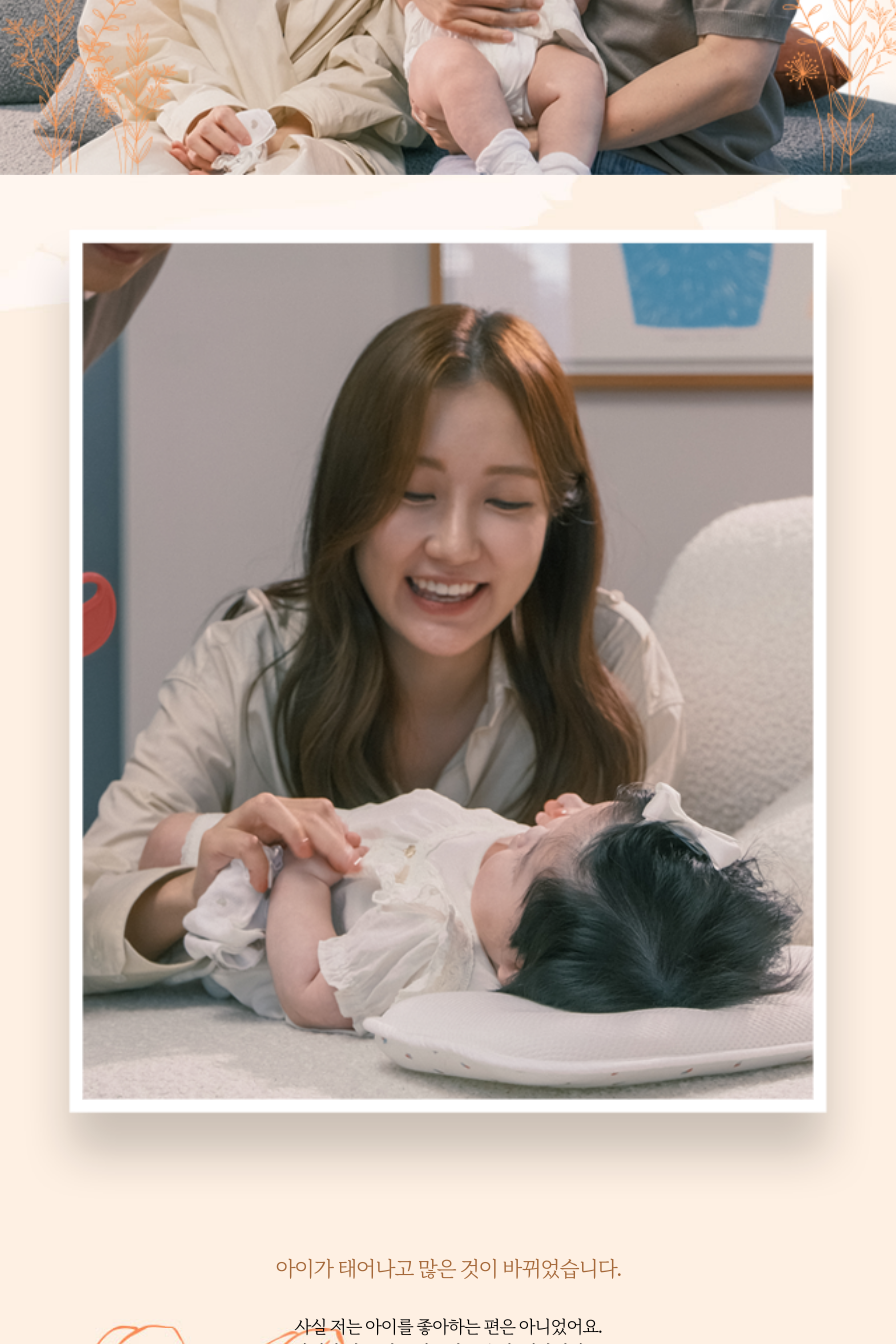
Repository: dlgywls1130/saveTheChildren_2024
Page: index.html
The author's editor kept a copy of each file at every save. The page is drawn from the files as they stood at one save, then again after the next save.
The browser window is 1280 px wide. The pictures show the part of the page from y = 2707 to 4627 px (the page is 18960 px tall before and 18910 px after), at 70% of full size.
Some web fonts or font styles are not loaded; a fallback is used. The style sheet was rebuilt from its Sass, Less or Tailwind sources for each picture, by a compiler version that may differ from the author's.

Above is the page before, as saved 2024-11-03 23:54:35.

### index.html
<!DOCTYPE html>
<html lang="en">
<head>
    <meta charset="UTF-8">
    <meta name="viewport" content="width=device-width, initial-scale=1.0">
    <title>Document</title>

    <link rel="stylesheet" href="./css/common.css">
    <link rel="stylesheet" href="https://cdn.jsdelivr.net/npm/swiper@11/swiper-bundle.min.css" />
</head>
<body>

    <!-- main -->
    <section class="main_container py-80">
        <div class="container">
            <div class="logo_title mb-40">
                <img src="./images/logo.png" alt="logo">
                <p>우리 아기 좋은 날 기부</p>
            </div>

            <p class="sub_title mb-40">
                의사 오진승, 아나운서 김도연 가족과 함께하는
            </p>

            <h2 class="mb-40">우리 아기<br>좋은 날 일기</h2>

            <p class="sub_span_text mb-40">
                여러분은 자녀의 소중한 순간을<br>
                어떻게 기념 하시나요?
            </p>

            <p class="sub_descript">
                보통 사진을 찍고 영상을 남기는<br> 분들이 많으실 거에요. <br>
                우리 아이의 소중한 날을<br> 특별하게 기념하는 방법을<br>
                소개해드릴게요
            </p>


        </div>

        <a href="#" class="record_btn">
            <img src="/images/pencle.png" alt="pencle">
            <p>우리 아기 좋은 날 기록하기</p>
        </a>
    </section>

    <!-- 스토리섹션 -->

    <section class="story_section">
        <div class="container pt-100">

            <!-- 영상 -->

            <div class="video_container mb-150 ">
                <video></video>
            </div>

            <div class="story_01 mb-70">
                <p class="s01 mb-60">
                    “유튜브 <닥터프렌즈>를 운영하는<br> 정신과 전문의 오진승,
                    <br>KBS 전 아나운서, 현 프리랜서 방송인 김도연입니다.
                </p>

                <p class="s01_1 mb-60">
                    세이브더칠드런과는 자립지원아동들과<br> 미혼모가정을 위해
                    <br>기부하며 인연을 이어오고 있습니다.
                </p>

                <p class="s01_2">
                    지난 4월, 첫 딸 수빈이가 저희에게 찾아와 주었어요.”
                </p>

                <img src="/images/s1_1.png" alt="story">
            </div>


            <div class="story_02 mb-100">
                <div class="story_02_01">
                    <div class="story_image">
                        <img src="/images/s2_1.png" alt="stroy">
                    </div>
                    <div class="story_text-contain py-50">
                        <p class="story_text_01 mb-50">
                            아이가 태어나고 많은 것이 바뀌었습니다.
                        </p>
                        <p class="story_text_02 mb-50">
                            사실 저는 아이를 좋아하는 편은 아니었어요.
                            <br>하지만 낳고 처음 마주하는 순간, 생각했어요.
                        </p>
                        <p class="story_text_03 mb-50">
                            ‘천년의 사랑이 시작되었다.’
                        </p>

                        <p class="story_text_04">
                            지금은 힘들어도 아이 얼굴만 보면 웃음이 나와요.
                        </p>
                    </div>


                </div>
            </div>

            <div class="story_03 mb-100">
                <div class="story_03_01">

                    <div class="story_image">
                        <img src="/images/s3_1.png" alt="stroy">
                    </div>

                    <div class="story_text-contain py-50">
                        <p class="story_text_01 mb-100">
                            내 자녀를 볼 때,
                            <br>의학적으로 마음에 드는
                            <br>이성을 보았을 때의
                            <br>10배에 달하는 도파민이 나온대요.
                        </p>
                        <p class="story_text_02 mb-60">
                            저는 현재에 안주하며 사는
                            <br>편이었는데, 딸이 태어난 후부터
                            <br>삶에 대해 더 고민하고.
                            <br>잘하려고 노력하고 있어요.
                        </p>
                        <p class="story_text_03">
                            아이가 삶의 원동력이 된 셈이죠.
                        </p>

                    </div>

                </div>
            </div>

            <div class="story_04">
                <div class="story04_01 mb-100">

                    <div class="story_image">
                        <img src="/images/s4_1.png" alt="stroy">
                    </div>

                    <div class="story_text-contain py-50">
                        <p class="story_text_01 mb-30">
                            요즘은 수빈이와 함께 놀이터 갈 날을
                            <br>손꼽아 기다리고 있어요.
                        </p>
                        <p class="story_text_02">
                            아직 말귀도 못 알아듣는 아이한테
                            <br>“너 언제 커서 아빠랑 놀이터 갈래?”
                            <br>묻고는 하죠.

                        </p>

                    </div>

                </div>

                <div class="story04_02 mb-100">

                    <div class="story_image">
                        <img src="/images/s4_2.png" alt="stroy">
                    </div>

                    <div class="story_text-contain pt-30">
                        <p class="story_text_01 mb-30">
                            아이를 정신없이 키우다 보니
                            <br>탄생의 순간이 희미해지고 있었어요.
                        </p>
                        <p class="story_text_02">
                            우리 아기 좋은 날 캠페인에
                            <br>참여해서 직접 기념일 이야기를 담은
                            <br>후원감사증서를 받아보니,
                            <br>그때 생각이 나서 너무 좋았어요.

                        </p>

                    </div>


                </div>
            </div>

            <div class="story_05">
                <div class="story_05_01 pt-80 mb-50">

                    <div class="story_text mb-30">
                        “아이가 건강하게 발달단계를 해내는
                        <br>소중한 순간에 기부를 하면
                        <br>수빈이가 더 건강하고,행복하게
                        <br>자라게 되지 않을까요?
                        <br>
                        <br>소중한 순간마다 기부하고
                        <br>앨범처럼 남겨서 보여주면
                        <br>자랑스러운 부모가 될 것 같아요”
                    </div>

                    <div class="img_story">
                        <img src="/images/s5_1.png">
                    </div>
                </div>

                <div class="story_05_02  pt-80 px-60 mb-100">

                    <div class="story_text mb-30">
                        “저는 칭찬 받거나 스스로에게 자부심을
                        <br>느낀 순간은 오래 기억된다고 생각해요.
                        <br>
                        <br>내 아이에게 ‘네가 첫 양치질을 잘 해낸
                        <br>기념으로  다른 친구를 도왔어.’ 라고
                        <br>말해준다면 그 뿌듯함을 밑거름으로
                        <br>자기 자신과 다른 사람 모두 사랑할 수 있는
                        <br>아이로 성장하지 않을까요?”
                    </div>

                    <div class="img_story">
                        <img src="/images/s5_2.png">
                    </div>

                </div>


                <div class="middle_cotain">
                    <p class="mb-100">
                        첫 걸음마, 첫돌,
                        <br>처음 엄마 아빠를 부른 날,
                        <br>처음 비를 맞아본 날, 처음 놀이터에 간 날
                        <br>그 소중한 순간을 기부로 기록해보세요.
                    </p>

                    <p class="mb-100">후원해주신 모든 분들께 <br>
                        직접 작성한 기념일 이야기가 담긴<br>
                        <span>후원감사증서</span>를 드리며,
                        <br>30만원 이상 후원해 주신 분들께는
                        <br>이름을 수놓은 <span>순면거즈블랭킷</span>을<br>
                        증정하고 있습니다.
                    </p>

                    <div class="swiper middle-slide mb-100 ">
                        <div class="swiper-wrapper pb-100">
                            <div class="swiper-slide">
                                <img src="/images/s6_1.png">
                            </div>
                            <div class="swiper-slide">
                                <img src="/images/s6_2.png">
                            </div>
                        </div>
                        <div class="swiper-pagination"></div>
                    </div>



                </div>



            </div>


        </div>
        <a href="#" class="record_btn">
            <img src="/images/pencle.png" alt="pencle">
            <p>우리 아기 좋은 날 기록하기</p>
        </a>

    </section>

    <!-- info -->

    <section class="sponsor_section">

        <div class="container py-80">

            <!-- 후원신청 -->
            <div class="sponsor-container pt-100 mb-150">
                <h2 class="mb-80">후원신청 과정</h2>

                <div class="sponsor_list  mb-80">
                    <div class="sponsor_list_inner">
                        <div class="list-inner-img">
                            <img src="/images/circle_1.png" alt="sponsor">
                        </div>
                        <p>후원신청하기</p>

                    </div>

                    <div class="sponsor_list_inner">
                        <div class="list-inner-img">
                            <img src="/images/circle_2.png">
                        </div>
                        <p>후원감사증서<br>메시지 적기</p>

                    </div>

                    <div class="sponsor_list_inner">
                        <div class="list-inner-img">
                            <img src="/images/circle_3.png">
                        </div>
                        <p>신청완료</p>

                    </div>

                    <div class="sponsor_list_inner">
                        <div class="list-inner-img">
                            <img src="/images/circle_4.png">
                        </div>
                        <p>후원감사증서 발송<br>(1주일이내)</p>

                    </div>
                </div>

                <p class="info-span">
                    30만원 이상 후원자 분들께는
                    <br>순면거즈블랭킷 제작을 위한
                    <br>문자가 별도 발송됩니다.
                    <br>(후원 2-3일 이내)
                </p>
            </div>


            <div class="sponsor-inner mb-150">
                <h2 class="mb-100">후원금, 이렇게 쓰여요!</h2>

                <p class="mb-100">
                    세이브더칠드런은
                    <br>국내외 아동을 위해 생계지원,
                    <br>의료지원, 긴급구호 등의 활동을
                    <br>진행하고 있습니다.
                    <br>
                    <br>보내주신 후원금은
                    <br>정치, 종교, 인종에 관계없이
                    <br>가장 도움이 필요한 아이를 위해
                    <br>우선 사용됩니다.

                </p>

                <img src="/images/baby.png">
            </div>

            <div class="faq_section">
                <div class="container">
                    <h2 class="mb-40">FAQ</h2>

                    <ul class="faq_list">
                        <li>
                            <div class="faq_question">
                                <p>30만원 이상 후원했습니다.
                                    <br>거즈 순면 블랭킷은 언제 오나요?</p>
                            </div>
                            <div class="faq_answer">
                                우리아기 축하기부로 30만원 이상 후원자님들께는
                                <br>담요에 수놓을 아기 이름과 선물 수령 주소 확인을 위한
                                <br>문자가 발송됩니다. 02-6900-4479로 발송되는
                                <br>문자 속 설문조사에 답해주세요.
                                <br>확인을 완료하신 분들께는 블랭킷 제작을 담당하고 있는
                                <br>조니 스튜디오에서 아기 이름 자수  작업 완료 후 배송해 드립니다.


                            </div>
                        </li>
                        <li>
                            <div class="faq_question">
                                <p>순면 거즈 블랭킷, 안전한 제품인가요? </p>
                            </div>
                            <div class="faq_answer">
                                본 블랭킷은 워싱된 3중 거즈로 제작되었으며,
                                <br>KC안전검사를 완료하였습니다.
                                <br>소재 특성상 섬유 조각이 발생할 수 있어 망에 넣지 않고
                                <br>3번 정도 물빨래 하시는 것을 권장합니다.


                            </div>
                        </li>
                        <li>
                            <div class="faq_question">
                                <p>순면 거즈 블랭킷을 받았는 데 하자가 있어요.
                                    <br>어떻게 해야 하나요? </p>
                            </div>
                            <div class="faq_answer">
                                물품에 동봉된 조니스튜디오 연락처로 연락 부탁드립니다.
                                <br>하자 물품에 대한 교환은 수령일로부터 7일 이내에
                                <br>조니스튜디오에 연락해주셔야 하며,
                                <br>이로 인한 후원금 환불은 어렵습니다.

                            </div>
                        </li>
                        <li>
                            <div class="faq_question">
                                <p>후원감사증서에 넣을 수 있는 사진 사이즈는 얼마인가요?</p>
                            </div>
                            <div class="faq_answer">
                                사진 인화 사이즈 5*7 인치에 맞추어서 제작되었습니다.
                                <br>그보다 작은 사진일 경우,  후원감사증서 내부의 주머니에
                                <br>넣어 보관하실 수도  있습니다.

                            </div>
                        </li>
                    </ul>
                </div>
            </div>
        </div>

        <a href="#" class="record_btn">
            <img src="/images/pencle.png" alt="pencle" class="pencle-img">
            <p>좋은 날 기록하기</p>

            <img src="/images/floating.png" alt="float_image" class="float_image">
        </a>
    </section>

    <script src="https://cdn.jsdelivr.net/npm/swiper@11/swiper-bundle.min.js"></script>
    <script src="./js/slide.js"></script>
</body>
</html>

Loaded but not shown: js/slide.js (5 lines, source omitted); css/common.scss (1040 lines, source omitted)

After the next save:
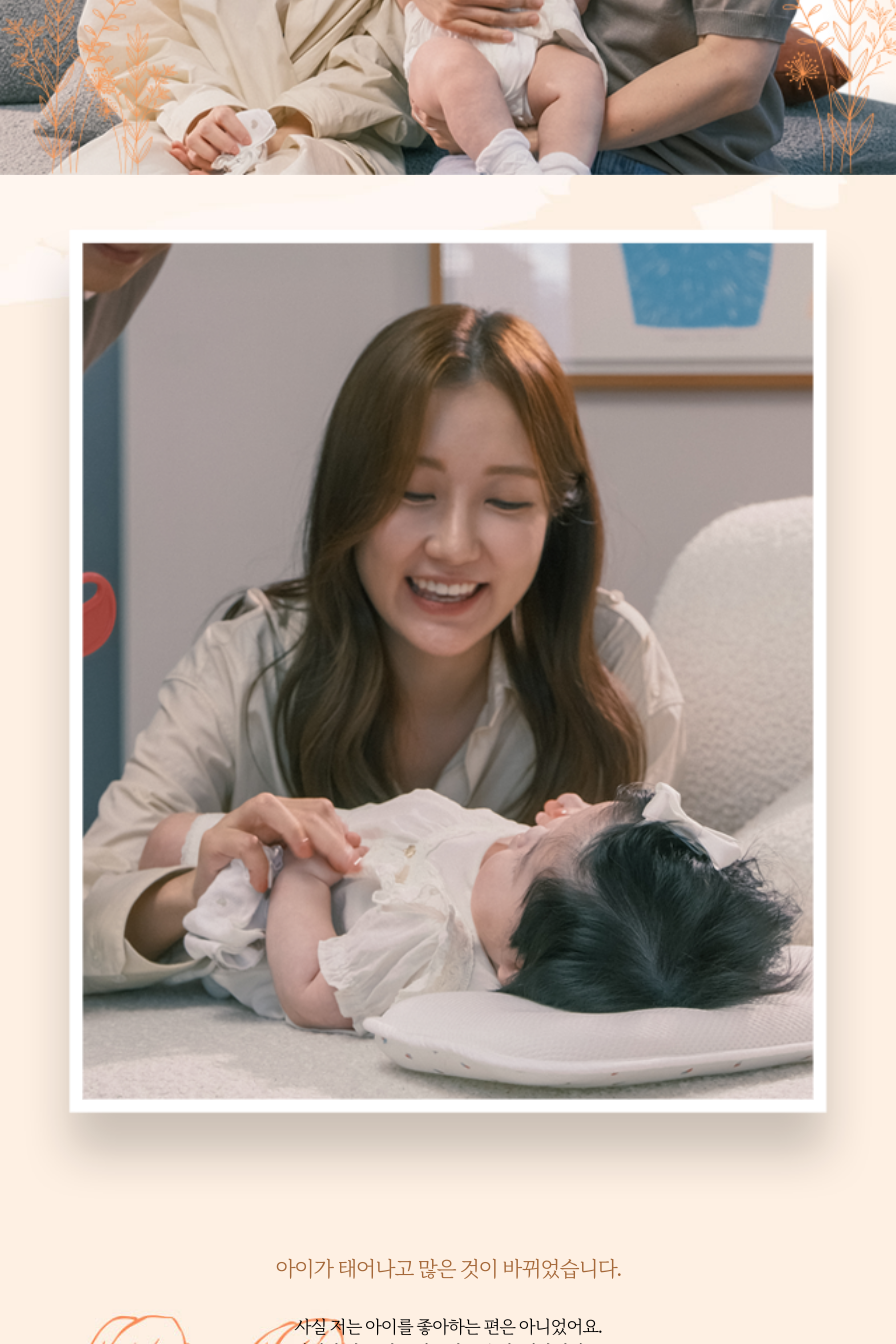
Saved 11 s later.
--- a/index.html
+++ b/index.html
@@ -233,7 +233,7 @@
                     </p>
 
                     <div class="swiper middle-slide mb-100 ">
-                        <div class="swiper-wrapper pb-100">
+                        <div class="swiper-wrapper pb-50">
                             <div class="swiper-slide">
                                 <img src="/images/s6_1.png">
                             </div>
